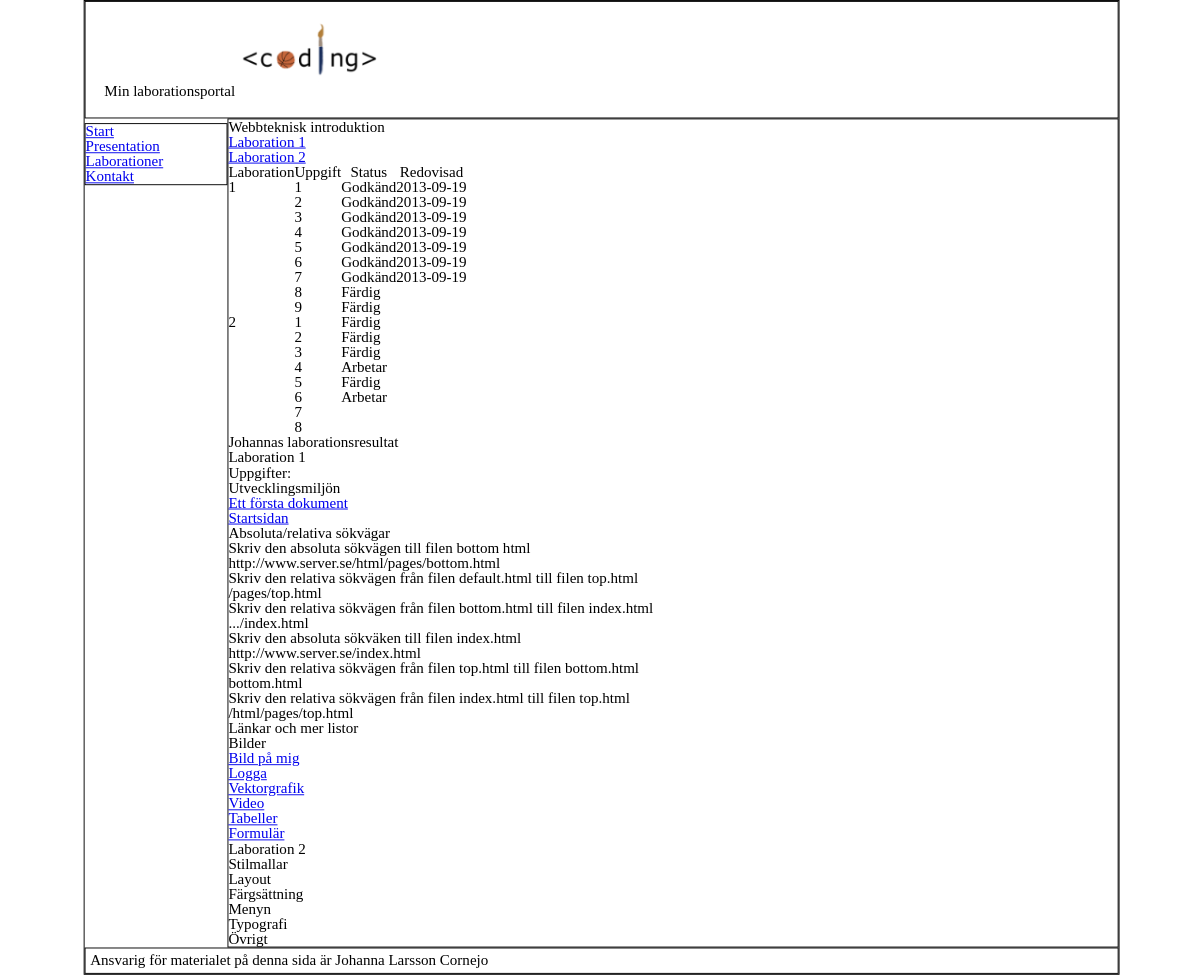
Repository: jc222fi/1ik415-laborationer
Page: pages/laborationer.html
The author's editor kept a record of every edit. The page is drawn from the files as they stood at one moment, then again after the next edit.
The browser window is 1280 px wide. The pictures show the whole page, at 94% of full size.

Above is the page before.

### pages/laborationer.html
<!doctype html>
<html>
    <head>
        <meta charset="utf-8" />
        <title>Laborationer</title>
        <link rel="stylesheet" href="../css/style.css" />
    </head>
    <body>
    <div id="container">
        <div id="header">
            <header>
                <h1 id="laborationer">Min laborationsportal<img src="../pics/logo.png" alt="Logotyp" /></h1>
            </header>
        </div>
        <div id="nav">
            <ul>
                <li><a href="../index.html">Start</a></li>
                <li><a href="presentation.html">Presentation</a></li>
                <li><a href="#laborationer">Laborationer</a></li>
                <li><a href="kontakt.html">Kontakt</a></li>
            </ul>
        </div>
        <div id="content">
        <h2 id="#laborationer">Webbteknisk introduktion</h2>
        <ul>
            <li><a href="#lab1">Laboration 1</a></li>
            <li><a href="#lab2">Laboration 2</a></li>
        </ul>
        <table border='1'>
            <thead id="table">
                <tr>
                    <th>Laboration</th>
                    <th>Uppgift</th>
                    <th>Status</th>
                    <th>Redovisad</th>
                </tr>
            </thead>
            <tfoot>
                <td colspan="4">Johannas laborationsresultat</td>
            </tfoot>
            <tbody>
                <tr>
                    <td rowspan="9">1</td>
                    <td>1</td>
                    <td>Godkänd</td>
                    <td>2013-09-19</td>
                </tr>
                <tr>
                    <td>2</td>
                    <td>Godkänd</td>
                    <td>2013-09-19</td>
                </tr>
                <tr>
                    <td>3</td>
                    <td>Godkänd</td>
                    <td>2013-09-19</td>
                </tr>
                <tr>
                    <td>4</td>
                    <td>Godkänd</td>
                    <td>2013-09-19</td>
                </tr>
                <tr>
                    <td>5</td>
                    <td>Godkänd</td>
                    <td>2013-09-19</td>
                </tr>
                <tr>
                    <td>6</td>
                    <td>Godkänd</td>
                    <td>2013-09-19</td>
                </tr>
                <tr>
                    <td>7</td>
                    <td>Godkänd</td>
                    <td>2013-09-19</td>
                </tr>
                <tr>
                    <td>8</td>
                    <td>Färdig</td>
                    <td></td>
                </tr>
                <tr>
                    <td>9</td>
                    <td>Färdig</td>
                    <td></td>
                </tr>
                <tr>
                    <td rowspan="8">2</td>
                    <td>1</td>
                    <td>Färdig</td>
                    <td></td>
                </tr>
                <tr>
                    <td>2</td>
                    <td>Färdig</td>
                    <td></td>
                </tr>
                <tr>
                    <td>3</td>
                    <td>Färdig</td>
                    <td></td>
                </tr>
                <tr>
                    <td>4</td>
                    <td>Arbetar</td>
                    <td></td>
                </tr>
                <tr>
                    <td>5</td>
                    <td>Färdig</td>
                    <td></td>
                </tr>
                <tr>
                    <td>6</td>
                    <td>Arbetar</td>
                    <td></td>
                </tr>
                <tr>
                    <td>7</td>
                    <td></td>
                    <td></td>
                </tr>
                <tr>
                    <td>8</td>
                    <td></td>
                    <td></td>
                </tr>
            </tbody>
        </table>
        <h3 id="lab1">Laboration 1</h3>
        <p>Uppgifter:</p>
        <ol>
            <li>Utvecklingsmiljön</li>
            <li><a href="presentation.html">Ett första dokument</a></li>
            <li><a href="../index.html">Startsidan</a></li>
            <li><dl>Absoluta/relativa sökvägar
                    <dt>Skriv den absoluta sökvägen till filen bottom html</dt>
                    <dd>http://www.server.se/html/pages/bottom.html</dd>
                    <dt>Skriv den relativa sökvägen från filen default.html till filen top.html</dt>
                    <dd>/pages/top.html</dd>
                    <dt>Skriv den relativa sökvägen från filen bottom.html till filen index.html</dt>
                    <dd>.../index.html</dd>
                    <dt>Skriv den absoluta sökväken till filen index.html</dt>
                    <dd>http://www.server.se/index.html</dd>
                    <dt>Skriv den relativa sökvägen från filen top.html till filen bottom.html</dt>
                    <dd>bottom.html</dd>
                    <dt>Skriv den relativa sökvägen från filen index.html till filen top.html</dt>
                    <dd>/html/pages/top.html</dd>
                </dl></li>
            <li>Länkar och mer listor</li>
            <li>Bilder
                <ul>
                    <li><a href="presentation.html#jag.jpg">Bild på mig</a></li>
                    <li><a href="../pics/logo.png">Logga</a></li>
                    <li><a href="../index.html#vektorbild">Vektorgrafik</a></li>
                </ul>
            </li>

            <li><a href="../index.html#video">Video</a></li>
            <li><a href="#tabell">Tabeller</a></li>
            <li><a href="kontakt.html">Formulär</a></li>
        </ol>
        <h3 id="lab2">Laboration 2</h3>
        <ol>
            <li>Stilmallar</li>
            <li>Layout</li>
            <li>Färgsättning</li>
            <li>Menyn</li>
            <li>Typografi</li>
            <li>Övrigt</li>
        </ol>
        </div>
        <div id="footer">
            <footer>
                <p>Ansvarig för materialet på denna sida är Johanna Larsson Cornejo</p>
            </footer>
        </div>
    </div>
    </body>
</html>

### css/style.css
/* http://meyerweb.com/eric/tools/css/reset/
   v2.0 | 20110126
   License: none (public domain)
*/

html, body, div, span, applet, object, iframe,
h1, h2, h3, h4, h5, h6, p, blockquote, pre,
a, abbr, acronym, address, big, cite, code,
del, dfn, em, img, ins, kbd, q, s, samp,
small, strike, strong, sub, sup, tt, var,
b, u, i, center,
dl, dt, dd, ol, ul, li,
fieldset, form, label, legend,
table, caption, tbody, tfoot, thead, tr, th, td,
article, aside, canvas, details, embed,
figure, figcaption, footer, header, hgroup,
menu, nav, output, ruby, section, summary,
time, mark, audio, video {
	margin: 0;
	padding: 0;
	border: 0;
	font-size: 100%;
	font: inherit;
	vertical-align: baseline;
}

/*Layout*/
#container{
	max-width:1100px;
	margin:0 auto;
	border:1px solid black;
}
#header{
	max-width:1098;
   padding:20px;
   border:1px solid black;
}
#nav{
	float:left;
	width:150px;
	margin-top:5px;
   border:1px solid black;
}
#content{
	float:right;
	width:946px;
	border:1px solid black;
}
#footer{
	clear:both;
	padding:5px;
	border:1px solid black;
}

/* HTML5 display-role reset for older browsers */
article, aside, details, figcaption, figure,
footer, header, hgroup, menu, nav, section {
	display: block;
}
body {
	line-height: 1;
}
ol, ul {
	list-style: none;
}
blockquote, q {
	quotes: none;
}
blockquote:before, blockquote:after,
q:before, q:after {
	content: '';
	content: none;
}
table {
	border-collapse: collapse;
	border-spacing: 0;
}

After the next edit:
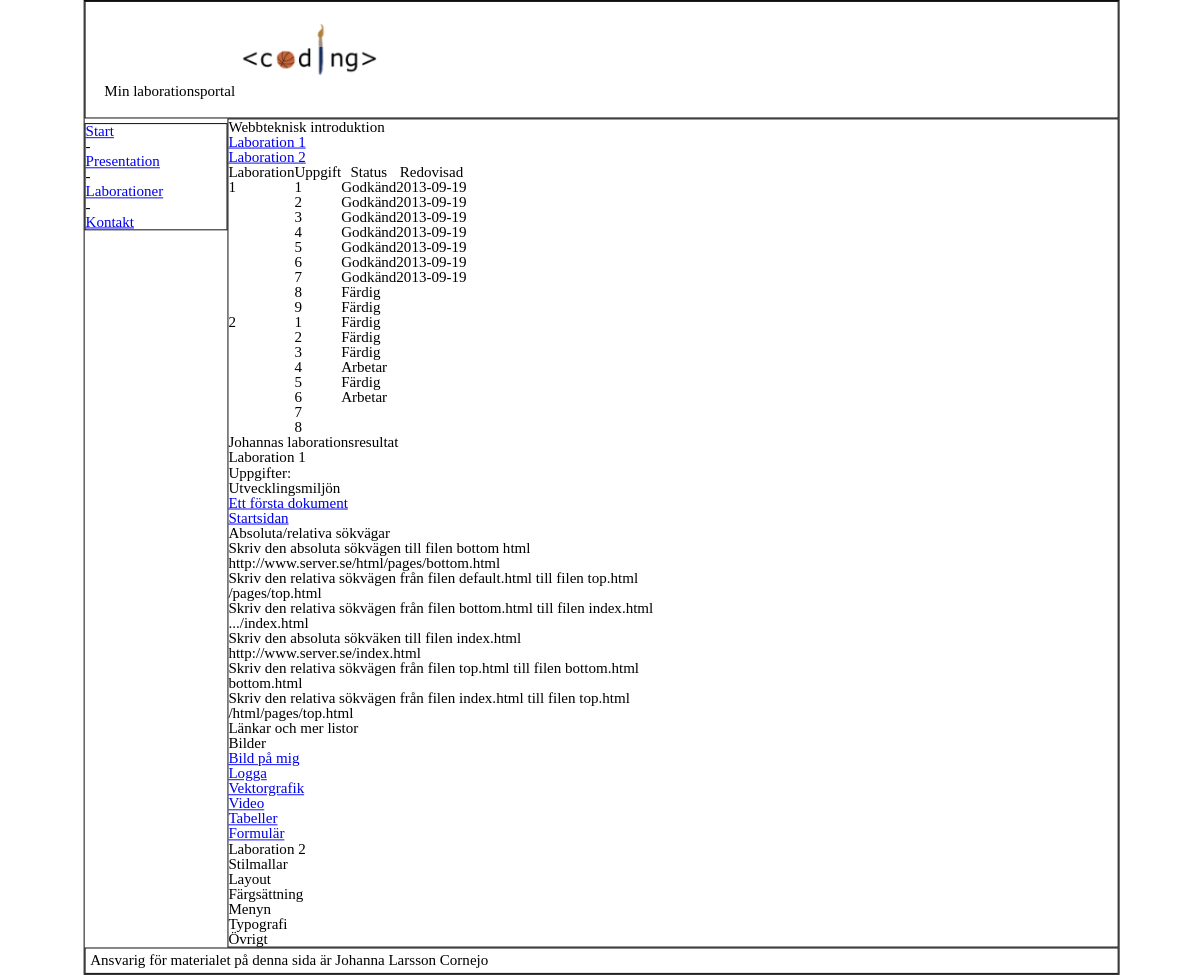
The edit:
--- a/pages/laborationer.html
+++ b/pages/laborationer.html
@@ -15,9 +15,9 @@
         <div id="nav">
             <ul>
                 <li><a href="../index.html">Start</a></li>
-                <li><a href="presentation.html">Presentation</a></li>
-                <li><a href="#laborationer">Laborationer</a></li>
-                <li><a href="kontakt.html">Kontakt</a></li>
+-               <li><a href="presentation.html">Presentation</a></li>
+-               <li><a href="#laborationer">Laborationer</a></li>
+-               <li><a href="kontakt.html">Kontakt</a></li>
             </ul>
         </div>
         <div id="content">

After the 2 edits that followed:
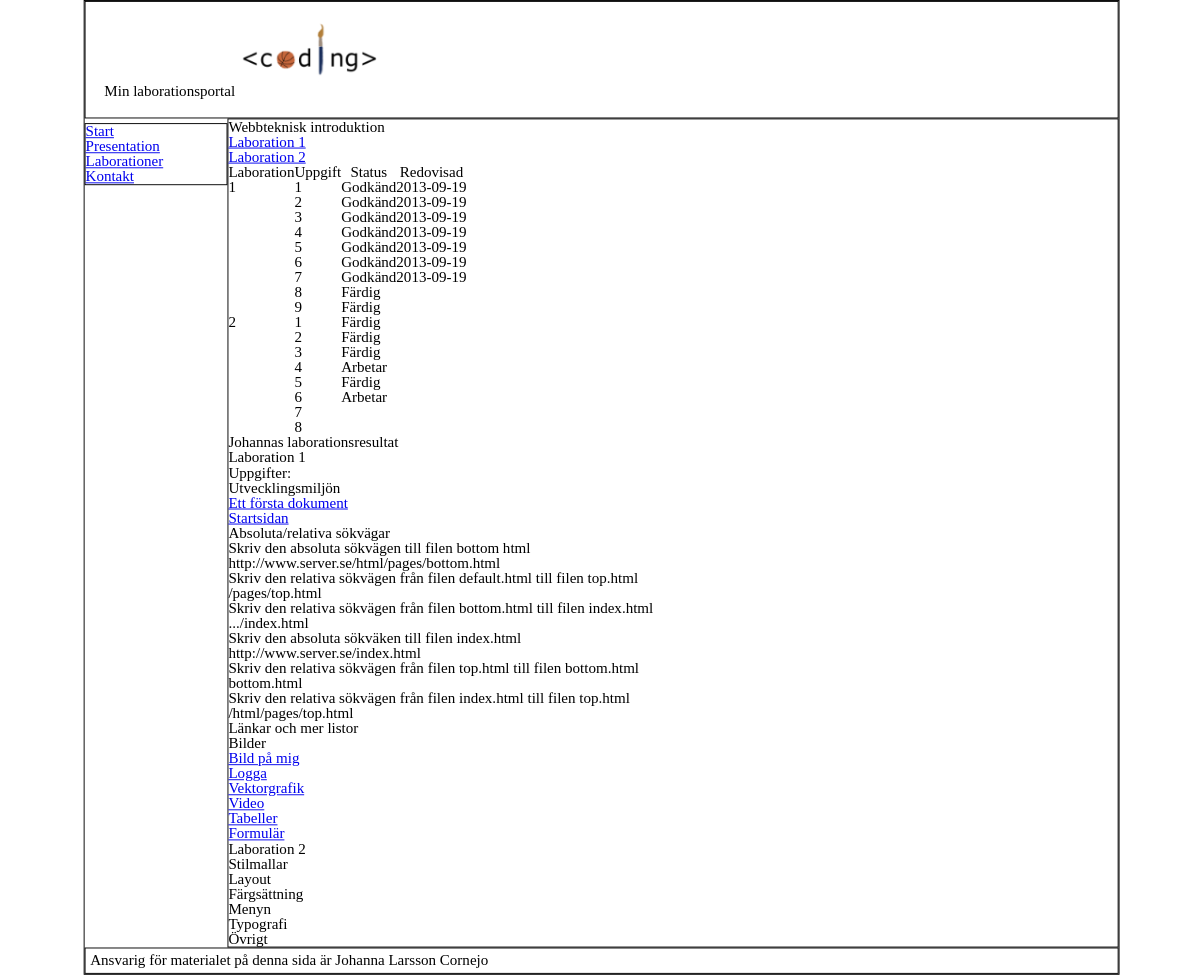
The 2 edits are shown as one change because 1 left the picture as it was.
The edit:
--- a/pages/laborationer.html
+++ b/pages/laborationer.html
@@ -15,13 +15,13 @@
         <div id="nav">
             <ul>
                 <li><a href="../index.html">Start</a></li>
--               <li><a href="presentation.html">Presentation</a></li>
--               <li><a href="#laborationer">Laborationer</a></li>
--               <li><a href="kontakt.html">Kontakt</a></li>
+                <li><a href="presentation.html">Presentation</a></li>
+                <li><a href="#laborationer">Laborationer</a></li>
+                <li><a href="kontakt.html">Kontakt</a></li>
             </ul>
         </div>
         <div id="content">
-        <h2 id="#laborationer">Webbteknisk introduktion</h2>
+        <h2>Webbteknisk introduktion</h2>
         <ul>
             <li><a href="#lab1">Laboration 1</a></li>
             <li><a href="#lab2">Laboration 2</a></li>
